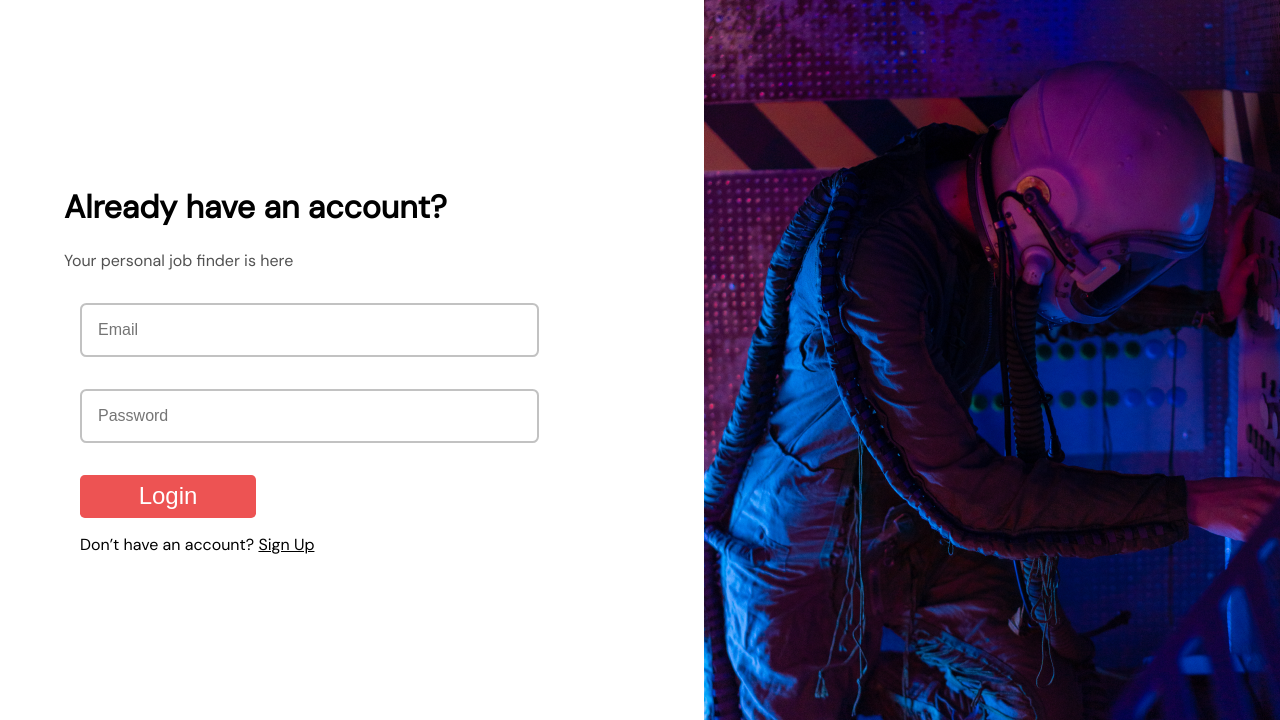
Repository: drumsmanku/node-capstone-project-1
Page: /login (app in client/)
An editor plug-in stored every save of this project. The page is shown before and after the next save, followed by the edit.
The browser window is 1280 px wide. The pictures show the whole page.
The project was rebuilt for these pictures with package versions that can differ from the ones it lists, and the page was loaded fresh each time. Also part of the build but not shown: client/src/components/Register.js, client/src/components/AddJob.js, client/src/components/Success.js, client/src/components/JobMainPage.js, client/src/components/EditJob.js, client/src/components/JobDetails.css, client/src/components/JobDetails.js, client/src/components/FailedLogin.js and 1 more.

Above is the page before, as saved 2023-07-23 19:03:52.

### client/src/App.js
import './App.css';
import Register from './components/Register';
import Login from './components/Login';
import AddJob from './components/AddJob';
import { BrowserRouter as Router, Route, Routes} from 'react-router-dom';
import Success from './components/Success';
import JobMainPage from './components/JobMainPage';
import EditJob from './components/EditJob';
import JobDetails from './components/JobDetails';
import FailedLogin from './components/FailedLogin';
import FailedRegister from './components/FailedRegister';

function App() {
  return (
    <div className="App">
      <Router>
        <Routes>
          <Route path='/' element={<JobMainPage/>}/>
          <Route path='/register' element={<Register />}/>
          <Route path='/add' element={<AddJob/>}/>
          <Route path='/login' element={<Login/>}/>
          <Route path='/main-job' element={<JobMainPage/>}/>
          <Route path='/edit-job/:id' element={<EditJob/>}/>
          <Route path="/job-det/:id" element={<JobDetails/>}/>
          <Route path='/success' element={<Success/>}/>
          <Route path='/failed-login' element={<FailedLogin/>}/>
          <Route path='/failed-signup' element={<FailedRegister/>}/>

        </Routes>
      </Router>

    </div>
  );
}

export default App;

### client/src/components/Login.js
import React, { useState } from 'react';
import { useNavigate } from 'react-router-dom';
import axios from 'axios';
import './Login.css';
import img1 from '../Assets/img1.png';

function Login() {
  const navigate = useNavigate();
  const [user, setUser] = useState({
    email: '',
    password: ''
  });

  const handleChange = e => {
    setUser({
      ...user,
      [e.target.name]: e.target.value
    });
  };

  const login = (event) => {
    event.preventDefault();
    axios.post('https://job-new-portal.onrender.com/login', user)
      .then(res => {
        localStorage.setItem('token', res.data.jwtToken);
        localStorage.setItem('user', res.data.name);
        const tokenData=localStorage.getItem('token')
        if(tokenData!=='undefined') {
          navigate('/main-job')
        }
        else{
          navigate('/failed-login')
        }


      })
      .catch(err => console.log(err));
  };

  return (
    <div className='login-container'>

      <div className='login-left-container'>
        <div style={{marginLeft:'4rem'}}>
          <h1 style={{}}>Already have an account?</h1>
          <p style={{fontWeight:500,  color:'#525252', marginBottom:'2rem', marginTop:0}}>Your personal job finder is here</p>
        </div>

        <form>
          <div style={{marginLeft:'5rem'}}>
          <input type="email" name="email" value={user.email} onChange={handleChange} placeholder="Email" />
          <input type="password" name="password" value={user.password} onChange={handleChange} placeholder="Password" />

          </div>
          <button type='submit' style={{cursor:'pointer'}} onClick={login} >Login</button>
          <span style={{marginLeft:'5rem'}}>Don’t have an account? <a href="/register">Sign Up</a></span>
        </form>
      </div>
      <div className='login-right-container' style={{backgroundImage:`url(${img1})`}}></div>

    </div>
  );
}

export default Login;

### client/src/components/Register.css
@import url('https://fonts.googleapis.com/css2?family=DM+Sans&display=swap');

body{
  font-family: 'DM Sans';
}

.reg-container{
  width:100vw;
  height: 100vh;
  display: flex;
}

.reg-left-container{
  width: 55%;
  display: flex;
  flex-direction: column;
  justify-content: center;
  font-family: 'DM Sans';
  color: black;

}
.reg-right-container{
  width: 45%;
  height: 100vh;
  background-size: 'cover';
  background-position:center;
  background-repeat: no-repeat;
}
.reg-container form{
  display: flex;
  flex-direction: column;
}
.reg-container input[type='text'], [type='password'], [type='email']{
  width: 70%;
  height: 3rem;
  border:2px solid #C2C2C2;
  border-radius: 0.4rem;
  padding-left: 1rem;
  font-size: 1rem;
  color: black;
  margin-bottom: 2rem;
}
.reg-container button{
  height: 2.7rem;
  width: 25%;
  font-size: x-large;
  background-color: #ED5353;
  border: none;
  border-radius: 0.3rem;
  margin-left: 5rem;
  margin-bottom: 1rem;
  color: white;
}
span a{
  color:black;
}

### client/src/components/Login.css
@import url('https://fonts.googleapis.com/css2?family=DM+Sans&display=swap');

body{
  font-family: 'DM Sans';
}

.login-container{
  width:100vw;
  height: 100vh;
  display: flex;
}
.login-left-container{
  width: 55%;
  display: flex;
  flex-direction: column;
  justify-content: center;
  font-family: 'DM Sans';
  color: black;

}

.login-right-container{
  width: 45%;
  height: 100vh;
  background-size: 'cover';
  background-position:center;
  background-repeat: no-repeat;
}

.login-container form{
  display: flex;
  flex-direction: column;
}
.login-container input [type='password'], [type='email']{
  width: 70%;
  height: 3rem;
  border:2px solid #C2C2C2;
  border-radius: 0.4rem;
  padding-left: 1rem;
  font-size: 1rem;
  color: black;
  margin-bottom: 2rem;
}

.login-container button{
  height: 2.7rem;
  width: 25%;
  font-size: x-large;
  background-color: #ED5353;
  border: none;
  border-radius: 0.3rem;
  margin-left: 5rem;
  margin-bottom: 1rem;
  color: white;
}

### client/src/components/AddJob.css
@import url('https://fonts.googleapis.com/css2?family=DM+Sans&display=swap');

body{
  font-family: 'DM Sans';
}

.add-container{
  height: 100vh;
  width: 100vw;
  display: flex;
}

.add-left-container{
  width: 58%;

  display: flex;
  flex-direction: column;
  justify-content: center;
  align-items: center;
}
.add-right-container{
  width: 42%;
  background-size: 'cover';
  background-position:center;
  background-repeat: no-repeat;
}
.add-container input{
  border: 2px solid #C2C2C2;
  border-radius: 0.2rem;
  margin-bottom: 1rem;
  margin-left: 1rem;
  padding-left: 1rem;
}
.add-left-container form{
  width: 100%;
  display: flex;
  flex-direction: column;
  margin-left: 20%;
}
.btn-add-page-add{
  height: 2rem;
  width: 15%;
  font-size: medium;
  background-color: #ED5353;
  border: none;
  border-radius: 0.3rem;
  margin-left: 1rem;
  margin-bottom:0;
  color: white;
  cursor: pointer;
}
.btn-add-page-cancel{
  height: 2rem;
  width: 15%;
  font-size: medium;
  background-color: #FFFFFF;
  border: 1px solid #CECECE;
  color: #CECECE;
  border-radius: 0.3rem;
  cursor: pointer;
  margin-bottom: 0;

}

### client/src/components/JobMainPage.css
@import url('https://fonts.googleapis.com/css2?family=DM+Sans&display=swap');


.main-page-container{
  height: 100vh;
  width: 100vw;
  display: flex;
  flex-direction: column;
}


.main-upper-container{
  height: 20%;
  width: 100%;
  display: flex;
  background-size: 100%;
  background-position:center;
  background-repeat: no-repeat;
}
.main-lower-container{
  height: 80%;
  width: 100%;
  display: flex;
  flex-direction: column;
  align-items: center;
}
.btn-main-page-login{
  height: 2rem;
  width: 6rem;
  font-weight: 500;
  font-size: medium ;
  background-color: #ED5353;
  border: 2px solid white;
  border-radius: 0.3rem;
  margin-left: 1rem;
  margin-bottom:0;
  color: white;
  font-family: 'DM Sans';
  cursor: pointer;
}
.btn-main-page-register{
  height: 2rem;
  width: 6rem;
  font-size: medium;
  font-weight: 500;
  background-color: white;
  border: none;
  border-radius: 0.3rem;
  margin-left: 1rem;
  margin-bottom:0;
  color: #ED5353;
  font-family: 'DM Sans';
  cursor: pointer;
}

### client/src/components/EditJob.css
@import url('https://fonts.googleapis.com/css2?family=DM+Sans&display=swap');

body{
  font-family: 'DM Sans';
}

.edit-container{
  height: 100vh;
  width: 100vw;
  display: flex;
}

.edit-left-container{
  width: 58%;

  display: flex;
  flex-direction: column;
  justify-content: center;
  align-items: center;
}
.edit-right-container{
  width: 42%;
  background-size: 'cover';
  background-position:center;
  background-repeat: no-repeat;
}
.edit-container input{
  border: 2px solid #C2C2C2;
  border-radius: 0.2rem;
  margin-bottom: 1rem;
  margin-left: 1rem;
  padding-left: 1rem;
}
.edit-left-container form{
  width: 100%;
  display: flex;
  flex-direction: column;
  margin-left: 20%;
}
.btn-edit-page-edit{
  height: 2rem;
  width: 15%;
  font-size: medium;
  background-color: #ED5353;
  border: none;
  border-radius: 0.3rem;
  margin-left: 1rem;
  margin-bottom:0;
  color: white;
  cursor: pointer;
}
.btn-edit-page-cancel{
  height: 2rem;
  width: 15%;
  font-size: medium;
  background-color: #FFFFFF;
  border: 1px solid #CECECE;
  color: #CECECE;
  border-radius: 0.3rem;
  cursor: pointer;
  margin-bottom: 0;

}

Loaded but not shown: client/public/index.html (common file); client/src/index.js (common file); client/src/index.css (common file); client/src/App.css (no stored copy; drawn as an empty file)

After the next save:
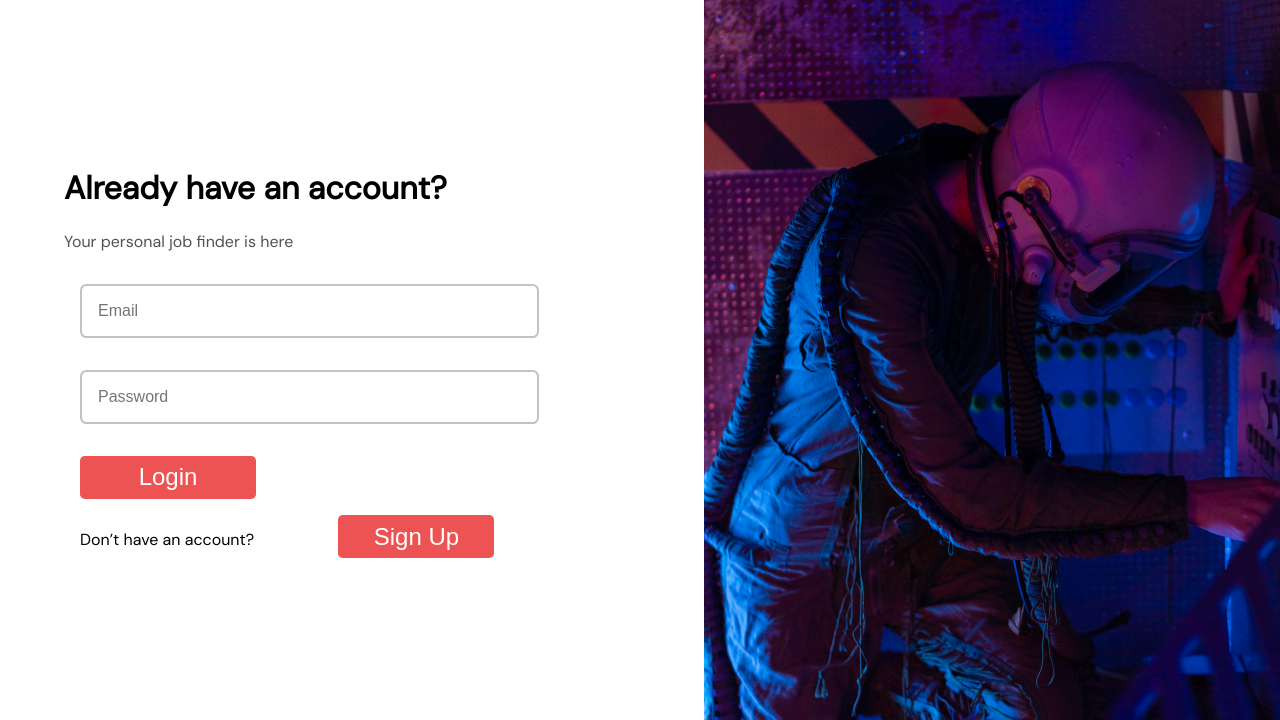
Saved 99 s later.
--- a/client/src/components/Login.js
+++ b/client/src/components/Login.js
@@ -53,7 +53,7 @@
 
           </div>
           <button type='submit' style={{cursor:'pointer'}} onClick={login} >Login</button>
-          <span style={{marginLeft:'5rem'}}>Don’t have an account? <a href="/register">Sign Up</a></span>
+          <span style={{marginLeft:'5rem'}}>Don’t have an account? <button onClick={()=>{navigate('/register')}}>Sign Up</button></span>
         </form>
       </div>
       <div className='login-right-container' style={{backgroundImage:`url(${img1})`}}></div>

After the 3 saves that followed:
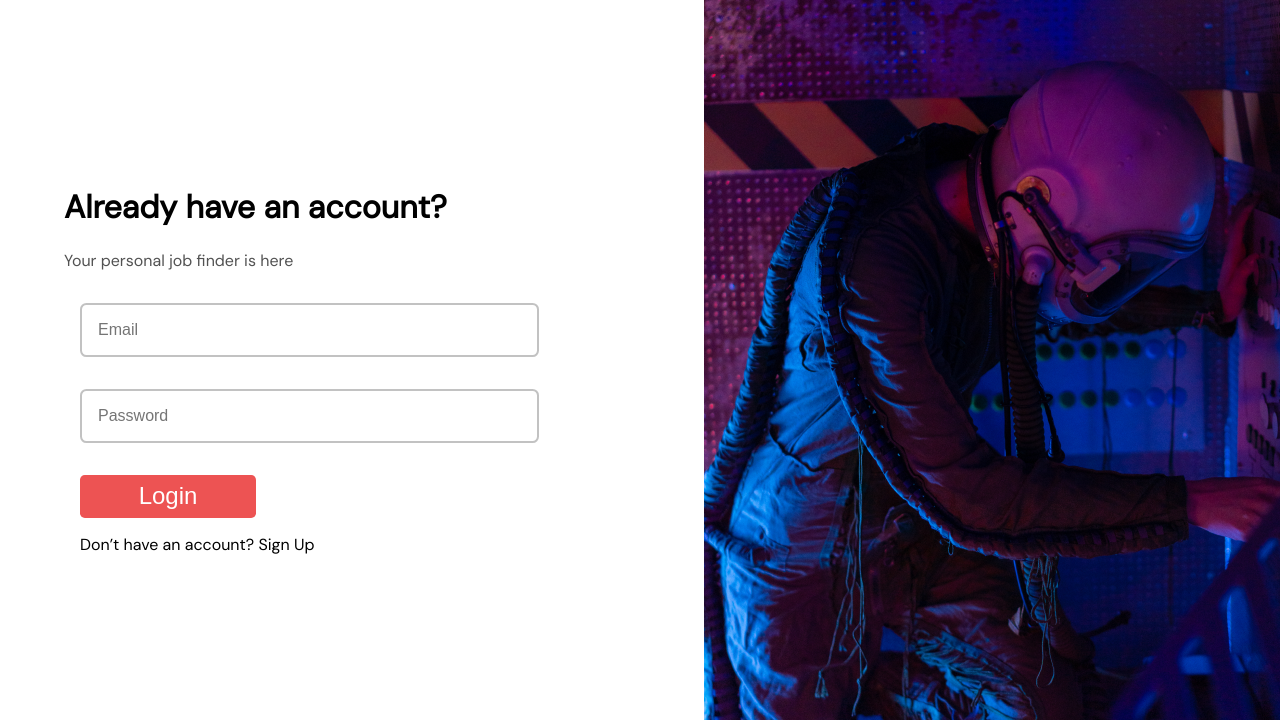
The 3 saves are shown as one change because 2 left the picture as it was.
The last was saved 4 min 2 s later.
--- a/client/src/components/Login.js
+++ b/client/src/components/Login.js
@@ -53,7 +53,7 @@
 
           </div>
           <button type='submit' style={{cursor:'pointer'}} onClick={login} >Login</button>
-          <span style={{marginLeft:'5rem'}}>Don’t have an account? <button onClick={()=>{navigate('/register')}}>Sign Up</button></span>
+          <span style={{marginLeft:'5rem'}}>Don’t have an account? <a href={()=>{navigate('/register')}}>Sign Up</a></span>
         </form>
       </div>
       <div className='login-right-container' style={{backgroundImage:`url(${img1})`}}></div>
--- a/client/src/components/Login.css
+++ b/client/src/components/Login.css
@@ -53,3 +53,8 @@ body{
   margin-bottom: 1rem;
   color: white;
 }
+.btn-fail-sign{
+  background:none;
+  color: black;
+
+}
